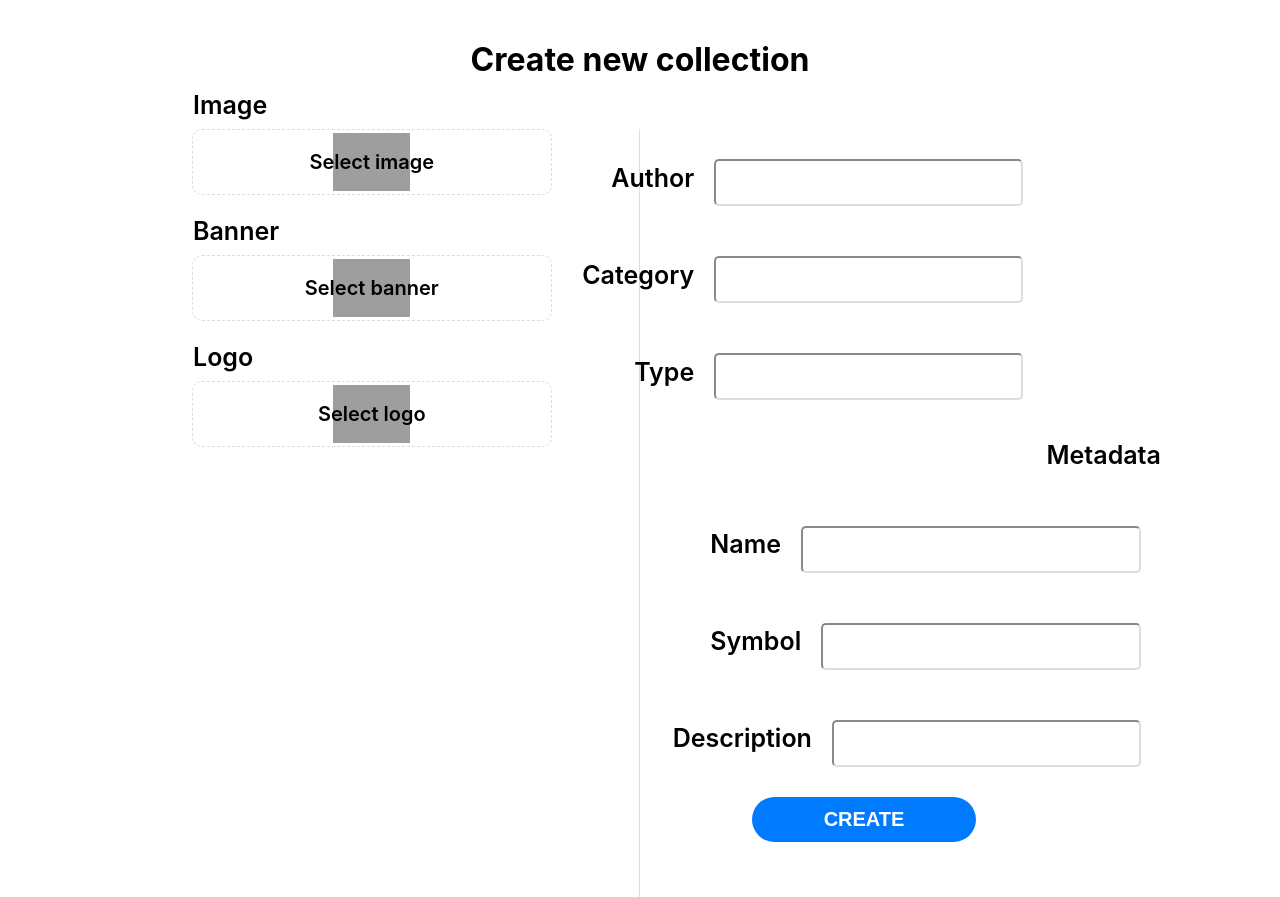
Repository: superHotBob/admin_nftillion
Page: /createcollection
These files come from the project's save history. The page is drawn as it stood at one moment and after the next save; the edit follows.
The browser window is 1280 px wide. The pictures show the whole page.
Pictures or frames that could not be fetched are drawn as grey boxes. The project was rebuilt for these pictures with package versions that can differ from the ones it lists, and the page was loaded fresh each time. Also part of the build but not shown: src/components/Login/styles.scss, src/components/Login/index.js, src/components/NavPanel/styles.scss, src/components/NavPanel/index.js, src/components/Users/index.js, src/components/Collections/index.js, src/components/Preminted/styles.scss, src/components/Preminted/index.js.

Above is the page before, as saved 2022-04-27 08:18:56.

After the next save:
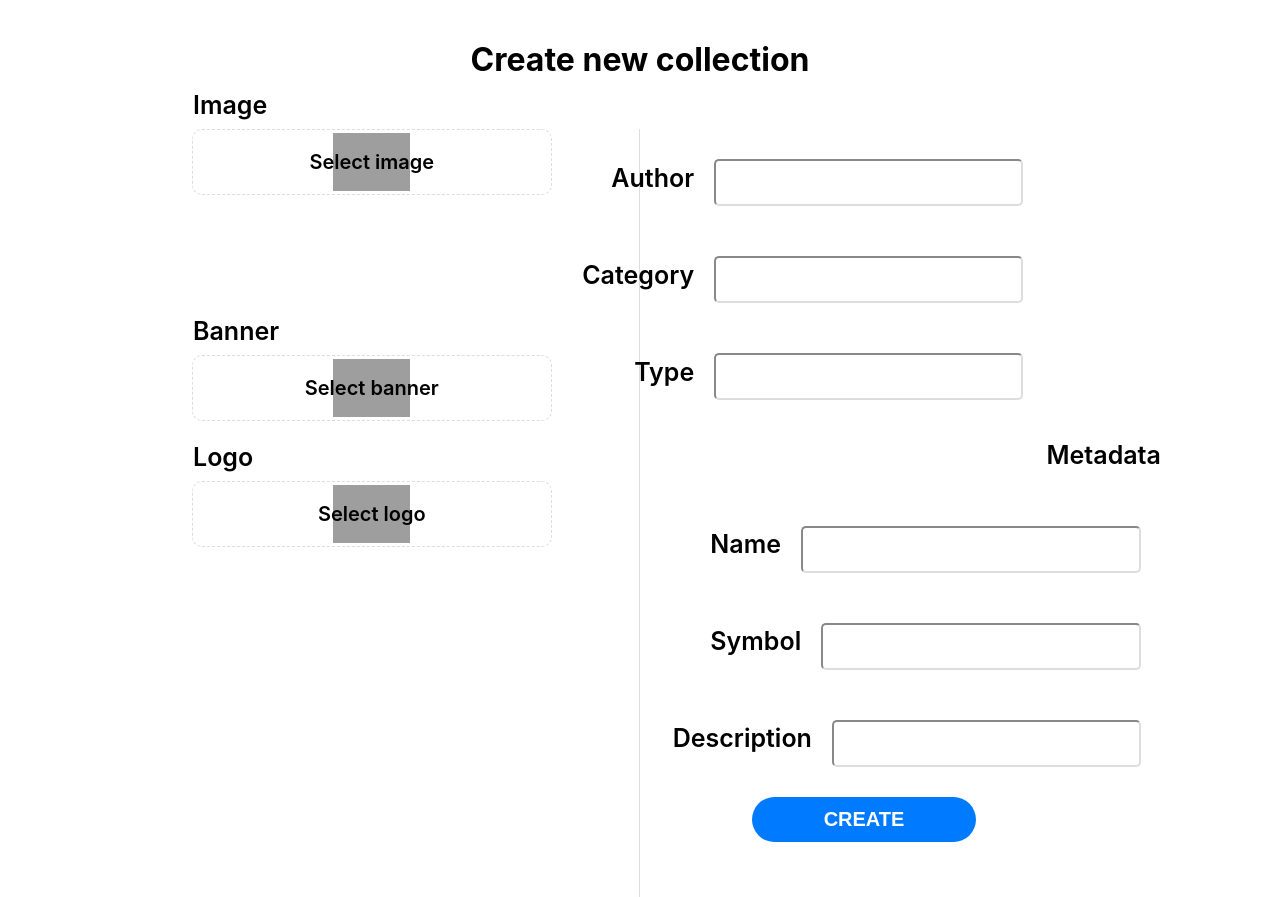
Saved 69 s later.
--- a/src/components/CreateCollection/styles.scss
+++ b/src/components/CreateCollection/styles.scss
@@ -7,11 +7,11 @@
     .image_block {
         width: 50%;
         height: 60vh;
-        .image {
+        .image,.banner, .logo {
             width: 80%;
             height: auto;
             border-radius: 10px;
-            margin-bottom: 60px;
+            margin-bottom: 160px;
             border: 1px dashed #ddd;
             position: relative;
         }
